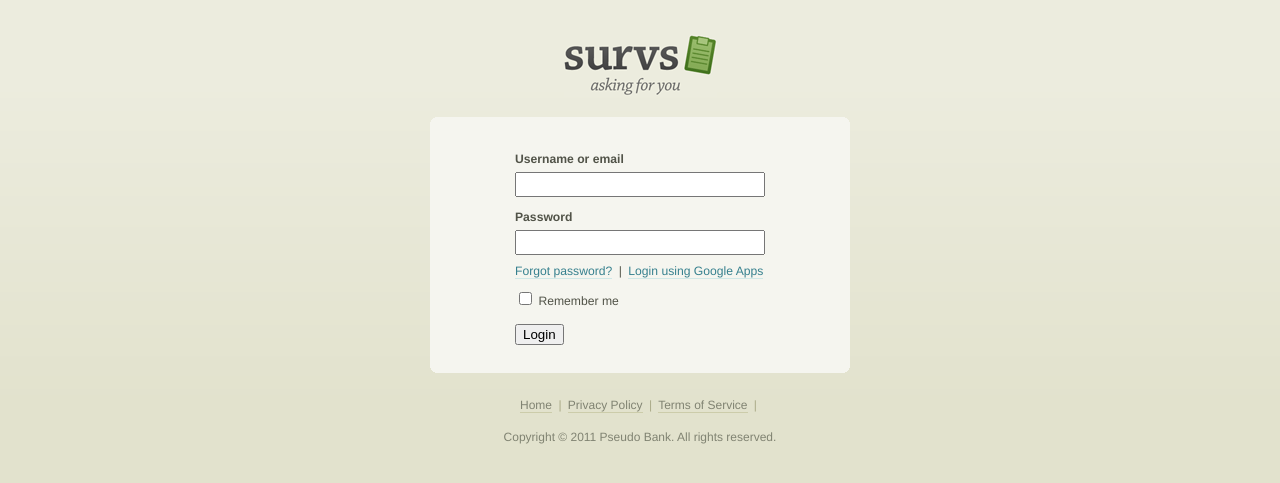
Repository: hareth12/Final-Year-Project
Page: http://localhost/pibChinese/Login/select.jsp
An editor plug-in stored every save of this project. The page is shown before and after the next save, followed by the edit.
The browser window is 1280 px wide. The pictures show the whole page.
The page is served by Tomcat 9.

Above is the page before, as saved 2011-09-22 16:51:53.

After the next save:
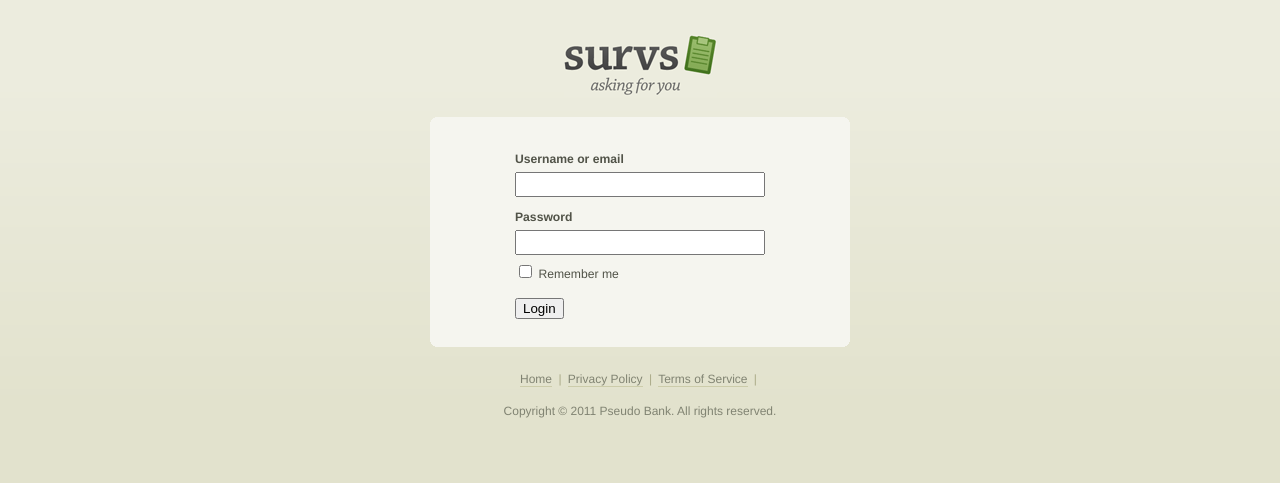
Saved 25 s later.
--- a/pibChinese/WebContent/Login/select.jsp
+++ b/pibChinese/WebContent/Login/select.jsp
@@ -29,12 +29,6 @@
                         </tr>
 
                         <tr>
-                            <td>
-                            <p class="mtop025 mbottom0"><a href="/app/wa/Password/forgot">Forgot password?</a>
-                                <span style="padding: 0 3px;">|</span> <a href="/app/wa/GoogleApps/signIn">Login using Google Apps</a>
-                            </p></td>
-                        </tr>
-                        <tr>
                             <td><p class="mtop025 mbottom0"><input type="checkbox" name="remember" id="rememberMe" tabindex="3"/> <label for="rememberMe">Remember me</label></p></td>
                         </tr>
 
